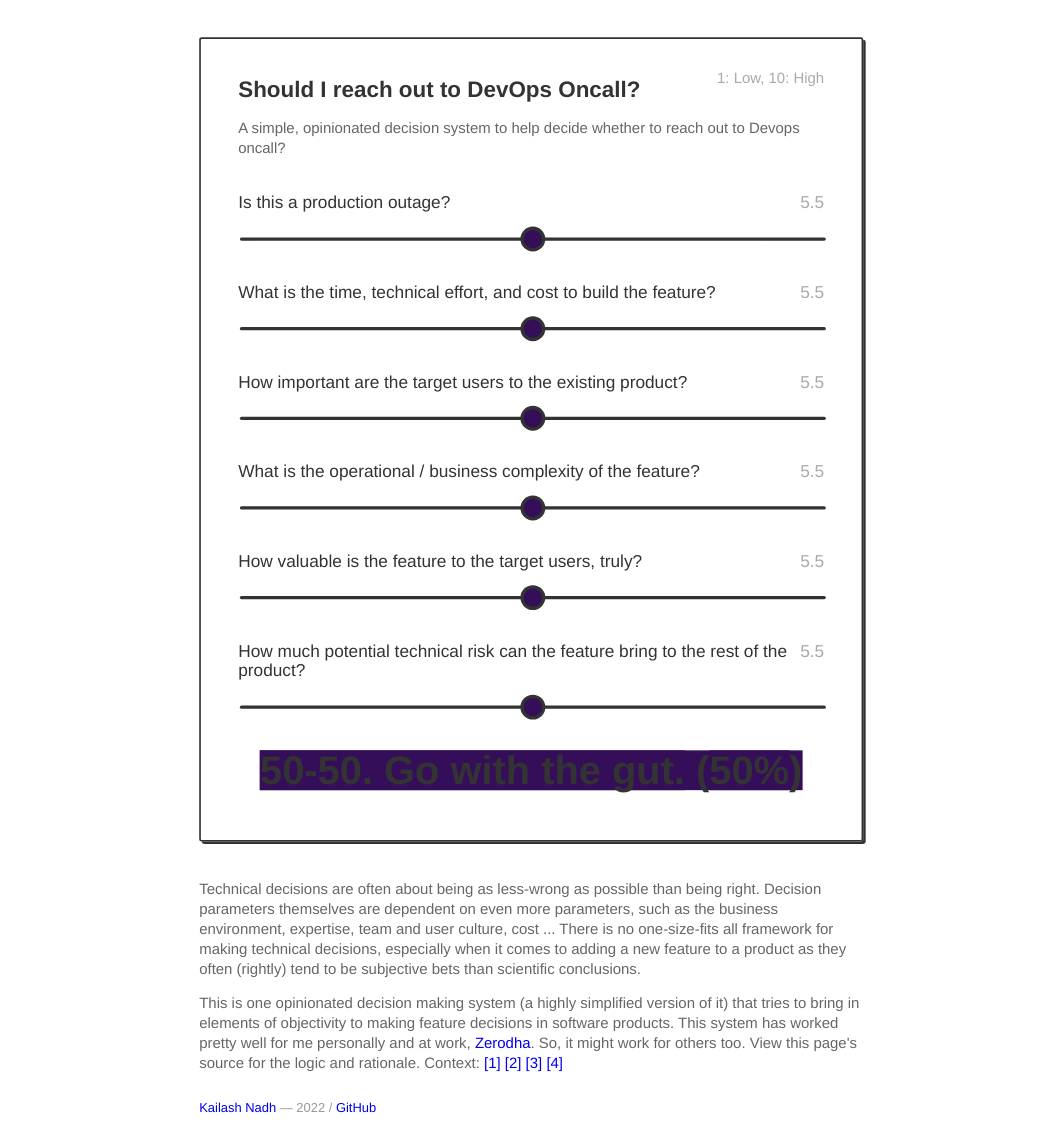
Repository: harishbsrinivas/dont.call
Page: index.html
An editor plug-in stored every save of this project. The page is shown before and after the next save, followed by the edit.
The browser window is 1280 px wide. The pictures show the whole page, at 83% of full size.

Above is the page before, as saved 2022-12-03 16:58:58.

After the next save:
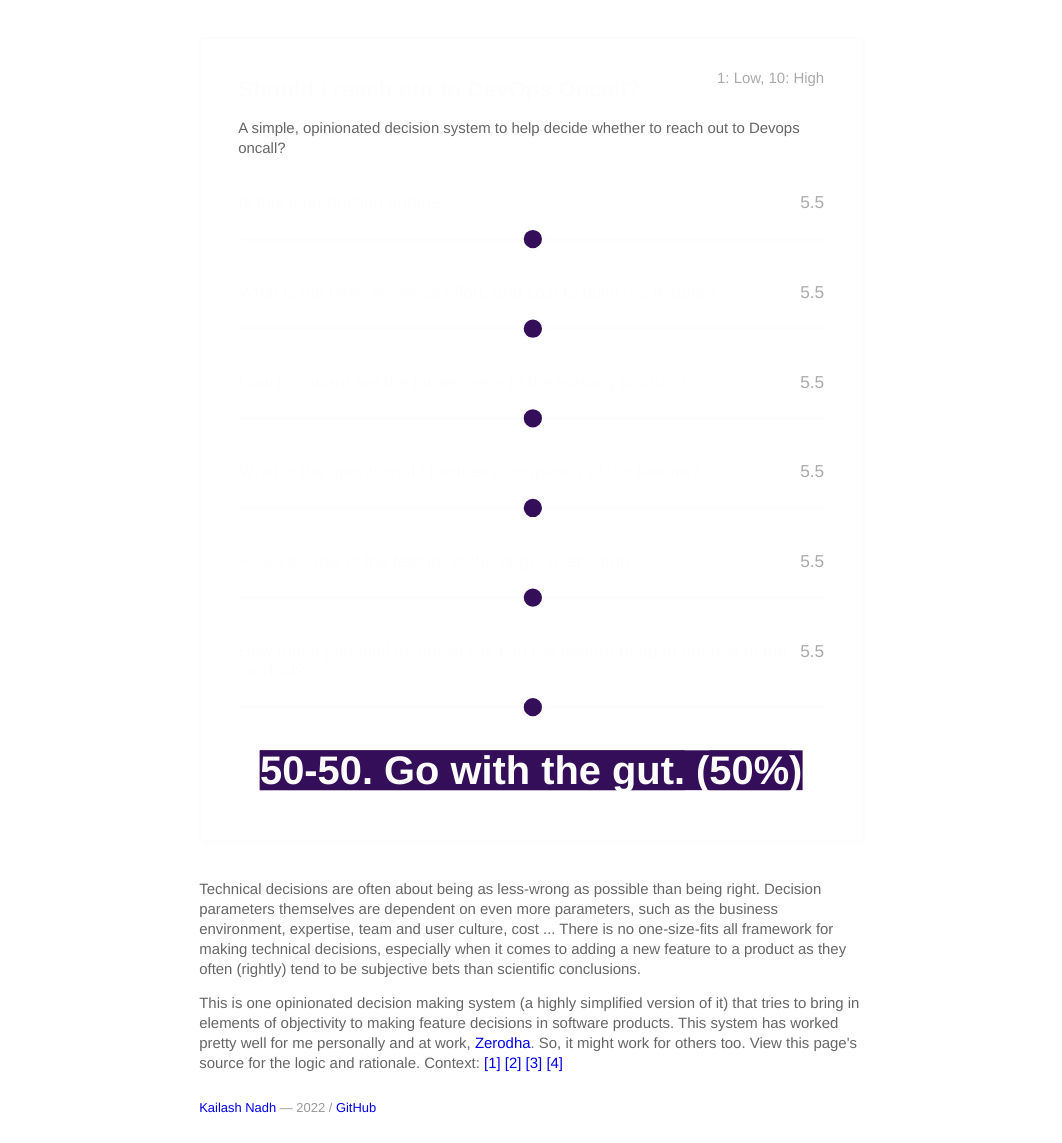
Saved 15 s later.
--- a/style.css
+++ b/style.css
@@ -1,6 +1,6 @@
 :root {
     --primary: #350e5a;
-    --secondary: #333;
+    --secondary: rgb(253, 253, 253);
 }
 
 * {
